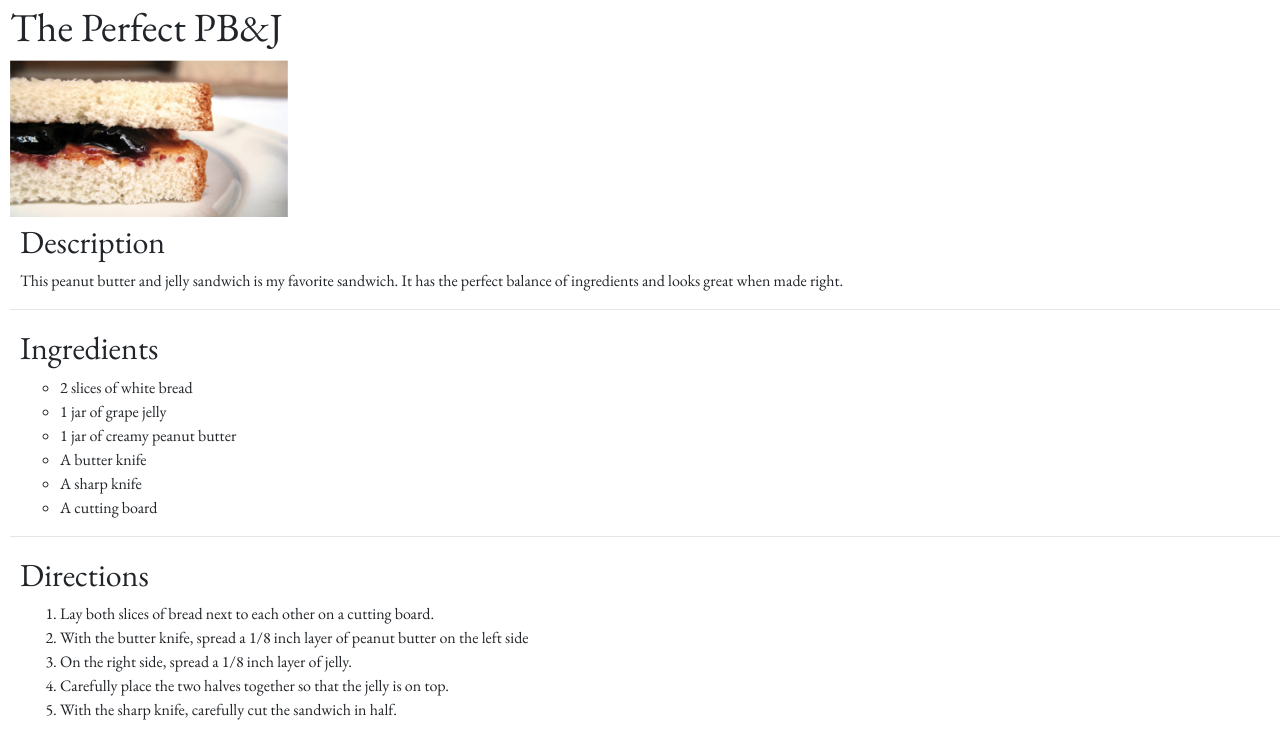
Repository: 9-5-pursuit/lab-intro-to-html
Page: recipe.html
These files come from the project's save history. The page is drawn as it stood at one moment and after the next save; the edit follows.
The browser window is 1280 px wide. The pictures show the whole page.

Above is the page before, as saved 2023-02-28 09:36:42.

After the next save:
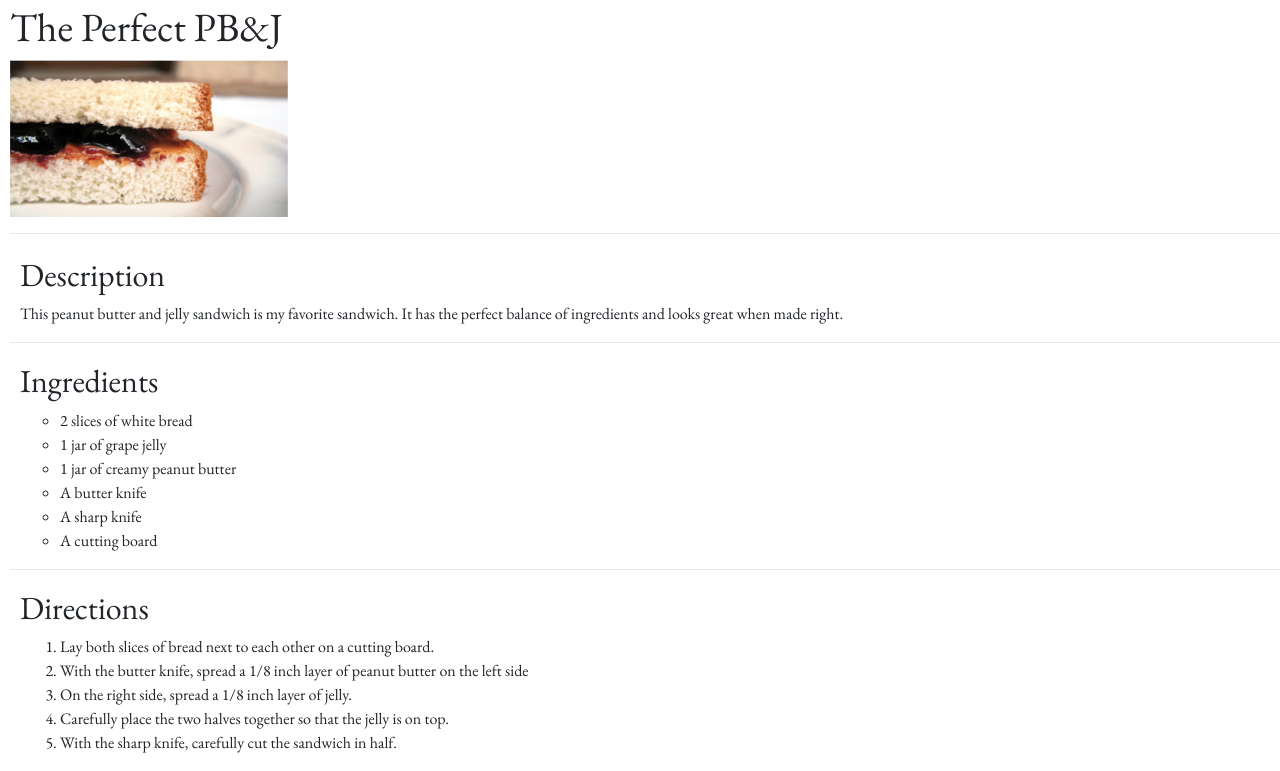
Saved 17 s later.
--- a/recipe.html
+++ b/recipe.html
@@ -37,7 +37,7 @@
         class="img-fluid"
         alt="a close-up image of a peanut butter and jelly sandwich"
         />
-      </a
+      </a>
       <hr>
     </div>
     <div id="content" class="content">
